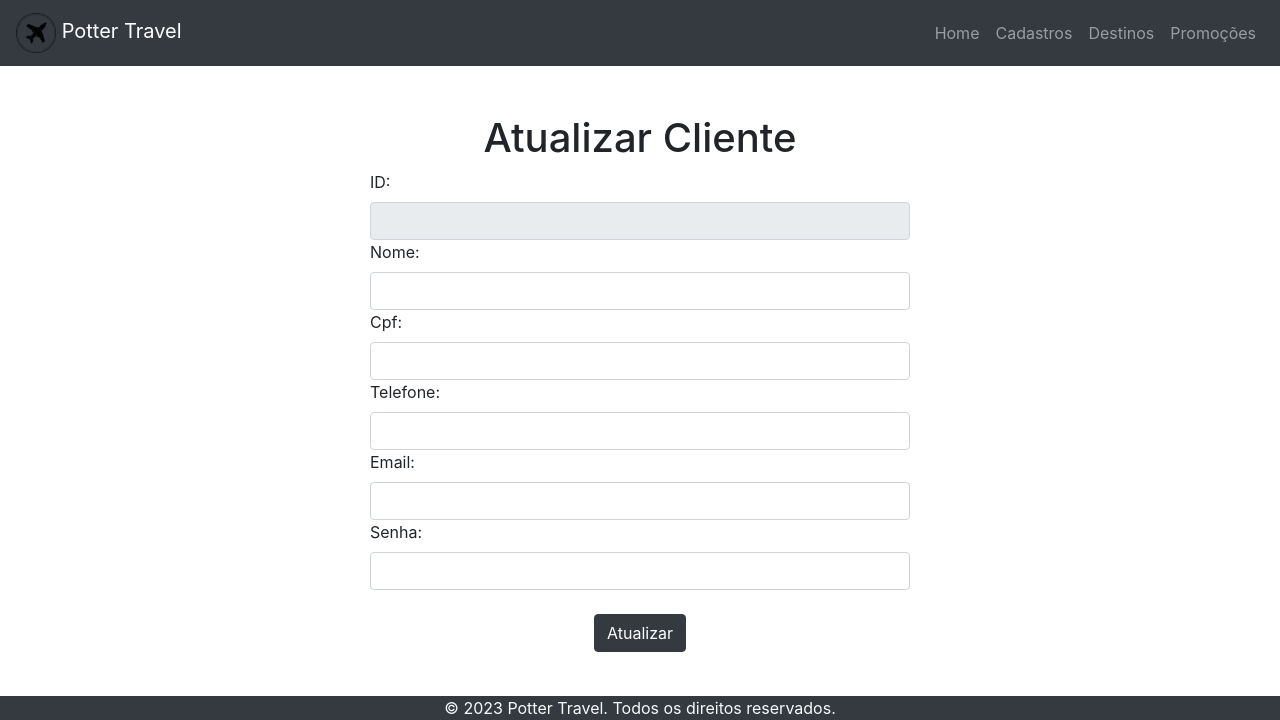
Repository: marcelledssantos/PotterTravel-MVC
Page: http://localhost/PotterTravel-MVC/atualizar.jsp
An editor plug-in stored every save of this project. The page is shown before and after the next save, followed by the edit.
The browser window is 1280 px wide. The pictures show the whole page.
Some web libraries are served in a nearby version. The page is served by Tomcat 9. The template is opened directly, without the code that normally fills it, so the values that code supplies are empty.

Above is the page before, as saved 2023-11-03 00:53:19.

After the next save:
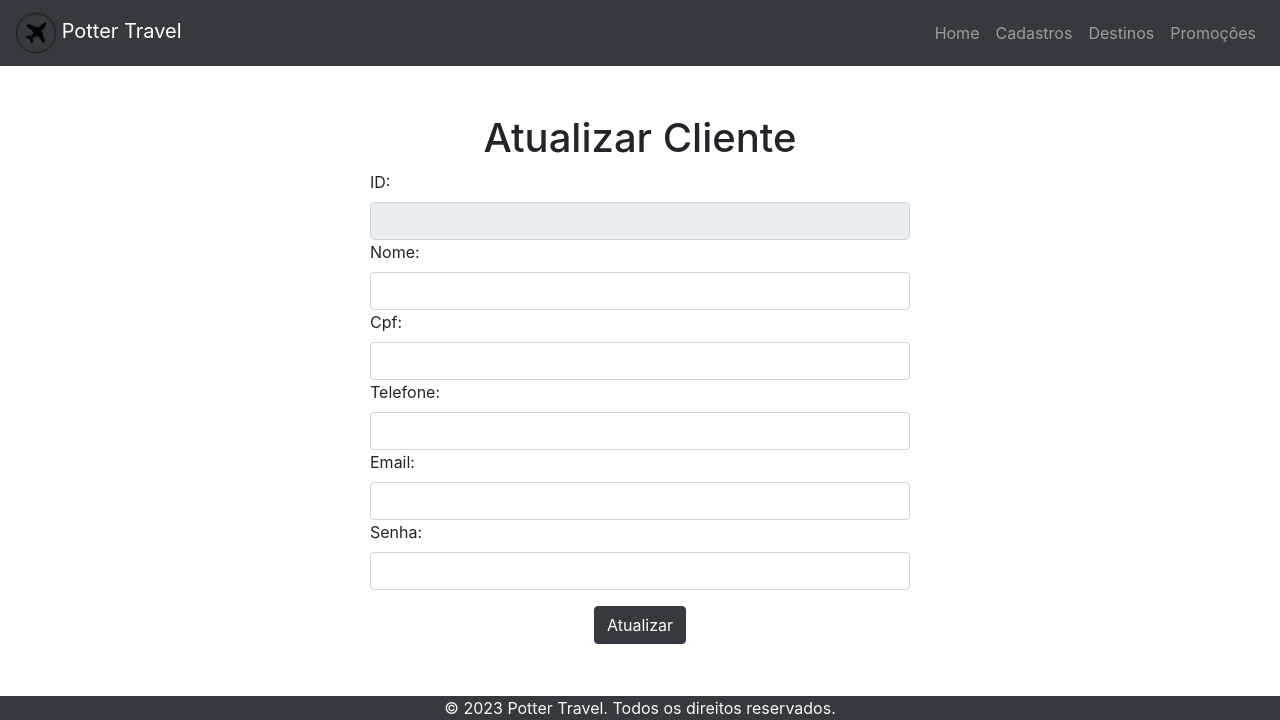
Saved 16 s later.
--- a/PotterTravel-MVC/src/main/webapp/atualizar.jsp
+++ b/PotterTravel-MVC/src/main/webapp/atualizar.jsp
@@ -59,7 +59,7 @@
 
 						<label for="senha">Senha:</label> <input type="password" class="form-control" id="senha" name="senha"required>
 
-						<div class="col-12 text-center mt-4">
+						<div class="col-12 text-center mt-3">
 						<button type="submit" class="btn btn-dark mx auto">Atualizar</button>
 					</div>
 					</div>
